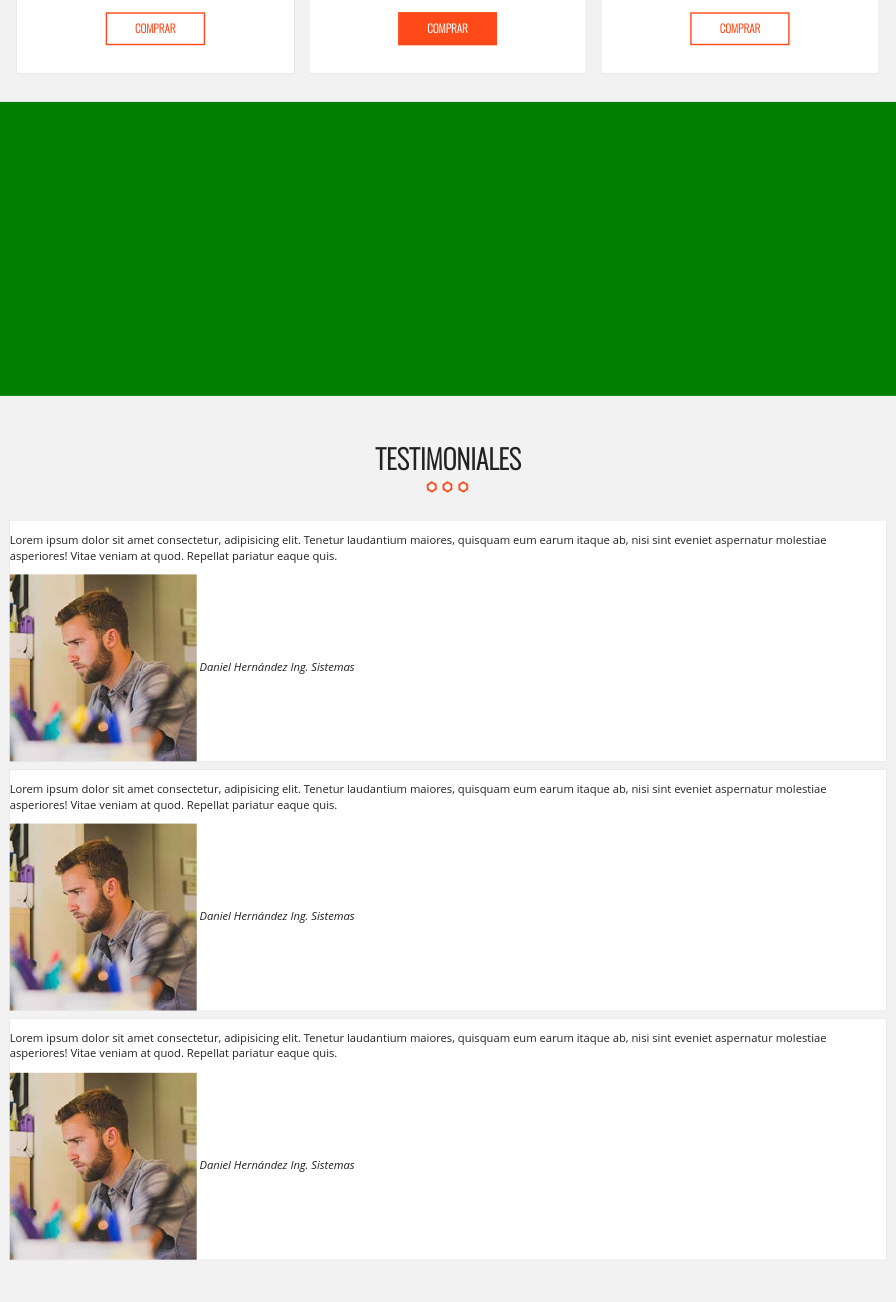
Repository: edgarhdzp/pagina-conferencias-reservaciones
Page: index.html
These files come from the project's save history. The page is drawn as it stood at one moment and after a run of saves; the edit follows.
The browser window is 1280 px wide. The pictures show the part of the page from y = 3892 to 5812 px (the page is 5752 px tall before and 5812 px after), at 70% of full size.

Above is the page before, as saved 2020-07-01 19:06:24.

After the next 2 saves:
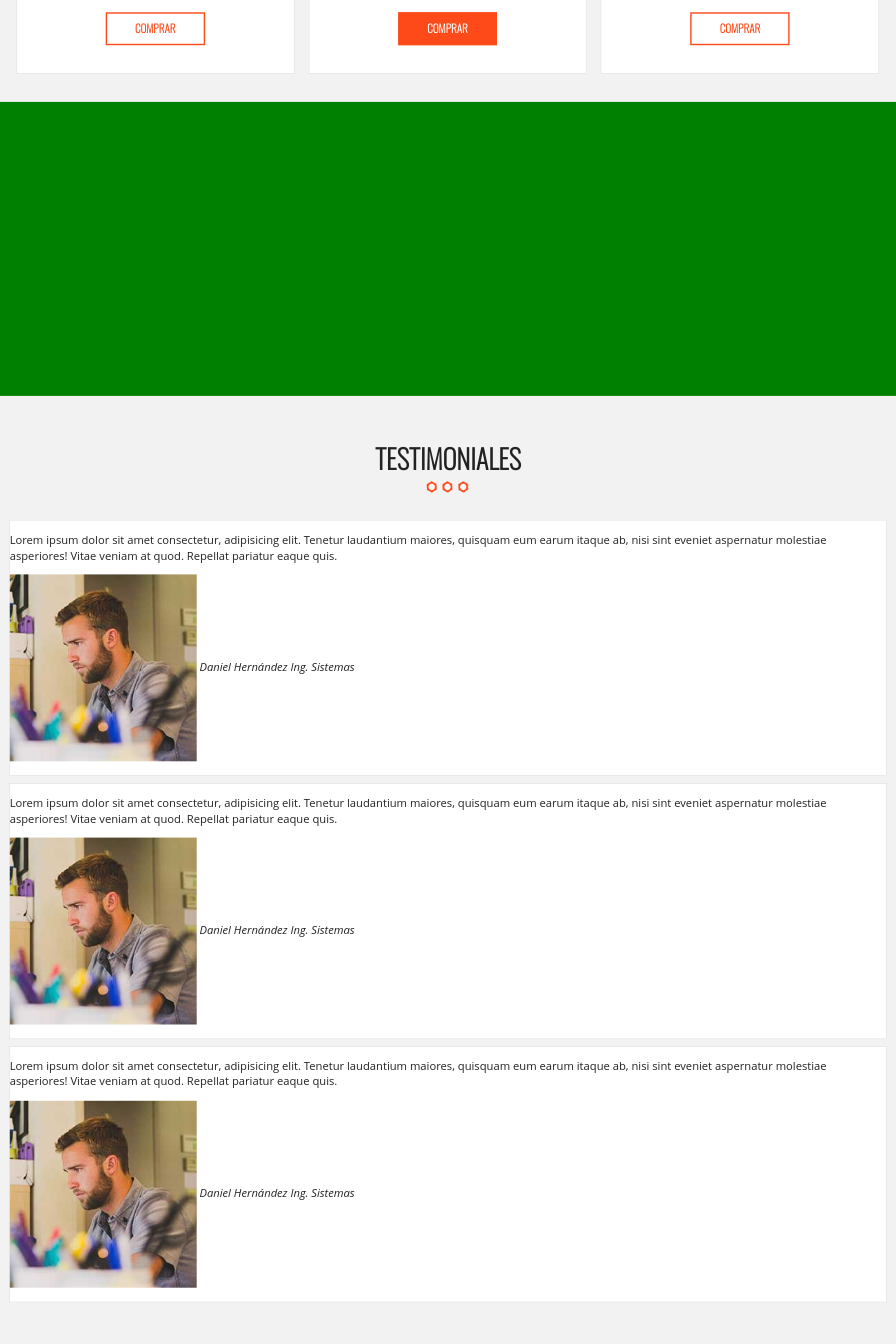
The 2 saves are shown as one change because they came seconds apart.
The last was saved 7 s later.
--- a/css/main.css
+++ b/css/main.css
@@ -661,7 +661,8 @@ blockquote {
     border: 1px solid #e1e1e1;
     position: relative;
     margin: 0 0 10px 0;
-    padding- padding-bottom: 0 20px 0 65px;
+    padding-bottom: 20px;
+    padding-bottom: 0 20px 0 65px;
 }
 
 
